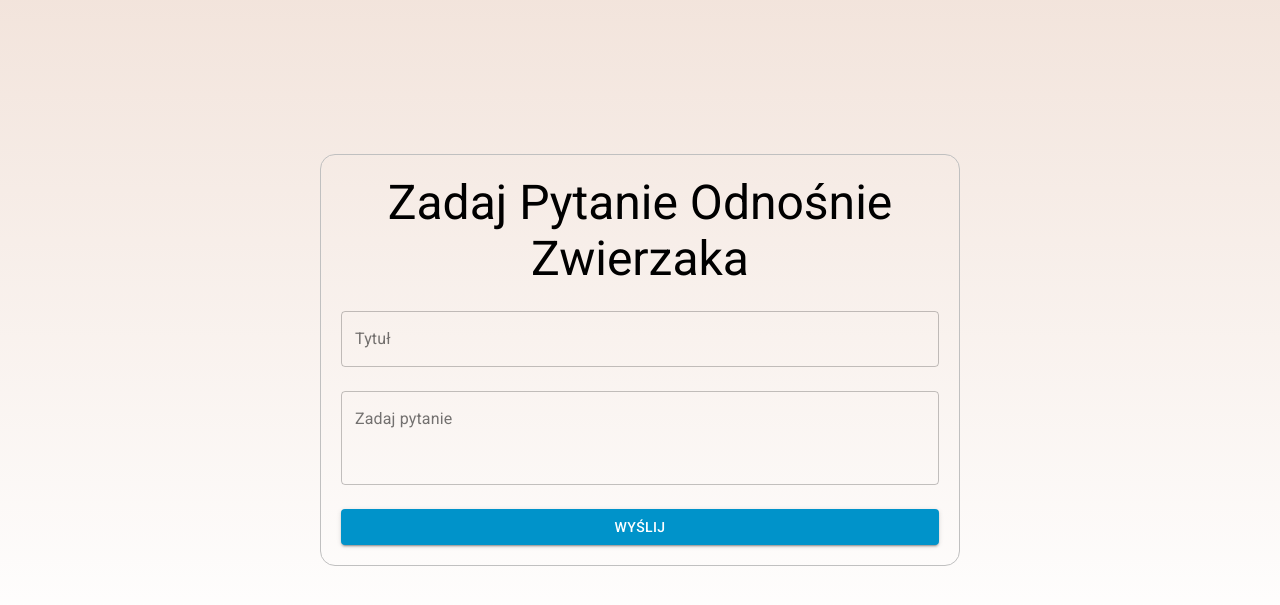
Repository: piotr-bocian/Projekt-5
Page: /
The author's editor kept a copy of each file at every save. The page is drawn from the files as they stood at one save, then again after the next save.
The browser window is 1280 px wide. The pictures show the whole page.
The project was rebuilt for these pictures with package versions that can differ from the ones it lists, and the page was loaded fresh each time.

Above is the page before, as saved 2021-03-22 18:03:44.

After the next save:
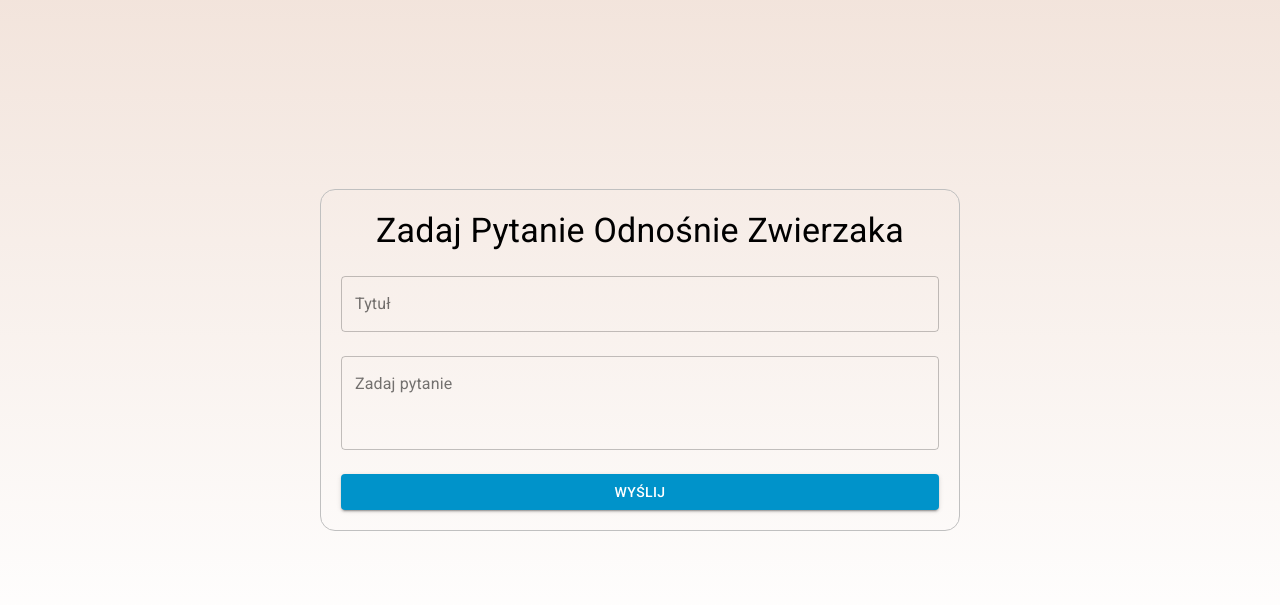
Saved 4 s later.
--- a/src/components/Organisms/AdotpionForm/AdotpionForm.js
+++ b/src/components/Organisms/AdotpionForm/AdotpionForm.js
@@ -20,7 +20,7 @@ const AdotpionForm = () => {
         <form className="form" onSubmit={sendForm}>
             <Grid container spacing={3}>
                 <Grid item xs={12} sm={12} md={12}>
-                    <Typography variant="h3" align="center">Zadaj Pytanie Odnośnie Zwierzaka</Typography>
+                    <Typography variant="h4" align="center">Zadaj Pytanie Odnośnie Zwierzaka</Typography>
                 </Grid>
                 <Grid item xs={12} sm={12} md={12}>
                     <TextField
